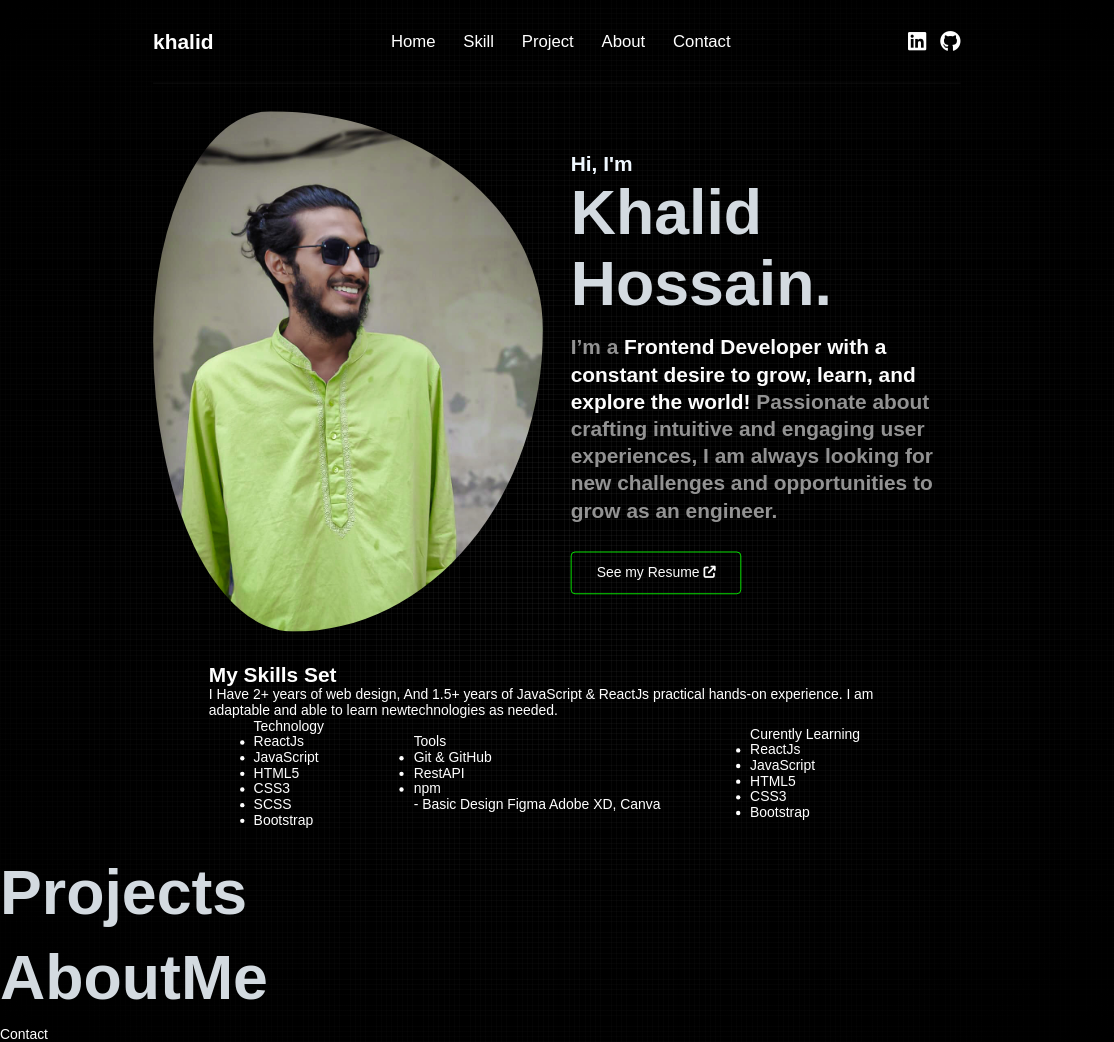
Repository: badhon252/my-portfolio
Page: /
These files come from the project's save history. The page is drawn as it stood at one moment and after the next save; the edit follows.
The browser window is 1280 px wide. The pictures show the whole page, at 87% of full size.
The project was rebuilt for these pictures with package versions that can differ from the ones it lists, and the page was loaded fresh each time. Also part of the build but not shown: src/Components/Home/Header/Navbar/Navs/LinkedIn/LinkedIn.module.css, src/Components/Home/Header/Navbar/Navs/GitHub/Github.module.css.

Above is the page before, as saved 2023-01-16 14:36:36.

After the next save:
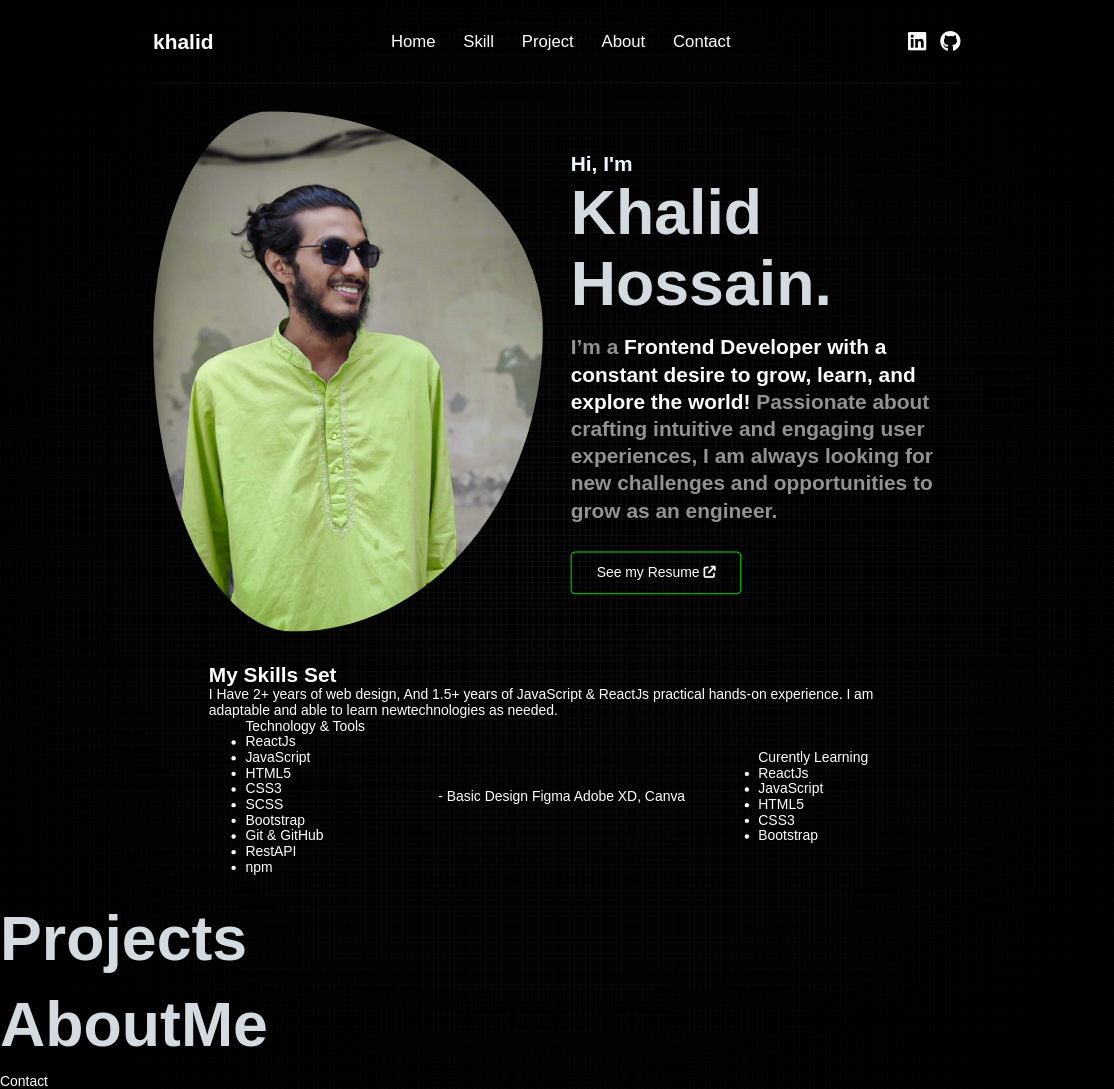
Saved 50 s later.
--- a/src/Components/Home/Skill/Skill.jsx
+++ b/src/Components/Home/Skill/Skill.jsx
@@ -12,20 +12,21 @@ const SkillEfficiency = () => {
 
                     <ul className="skills">
                      <div>
-                        <div className="skillSet__title__text">Technology</div>
+                        <div className="skillSet__title__text">Technology & Tools</div>
                             <li>ReactJs</li>
                             <li>JavaScript</li>
                             <li>HTML5</li>
                             <li>CSS3</li>
                             <li>SCSS</li>
                             <li>Bootstrap</li>
+                            <li>Git & GitHub</li>
+                            <li>RestAPI</li>
+                            <li>npm</li>
 
                     </div>
                     <div>
-                        <div className="skillSet__title__text">Tools</div>
-                            <li>Git & GitHub</li>
-                            <li>RestAPI</li>
-                            <li>npm</li>
+                        <div className="skillSet__title__text"></div>
+
 
 
 
